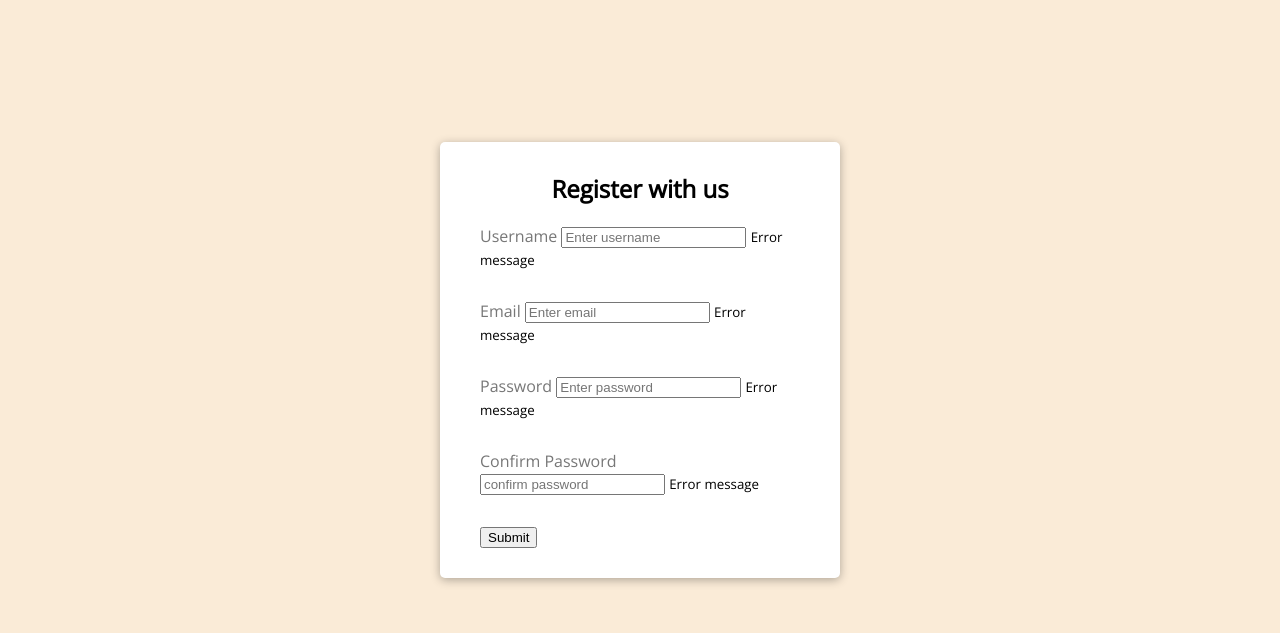
Repository: Azariagmt/Vanilla-javascript
Page: Form-Validator/index.html
The author's editor kept a copy of each file at every save. The page is drawn from the files as they stood at one save, then again after a run of saves.
The browser window is 1280 px wide. The pictures show the whole page.

Above is the page before, as saved 2020-04-20 09:41:18.

After the next 4 saves:
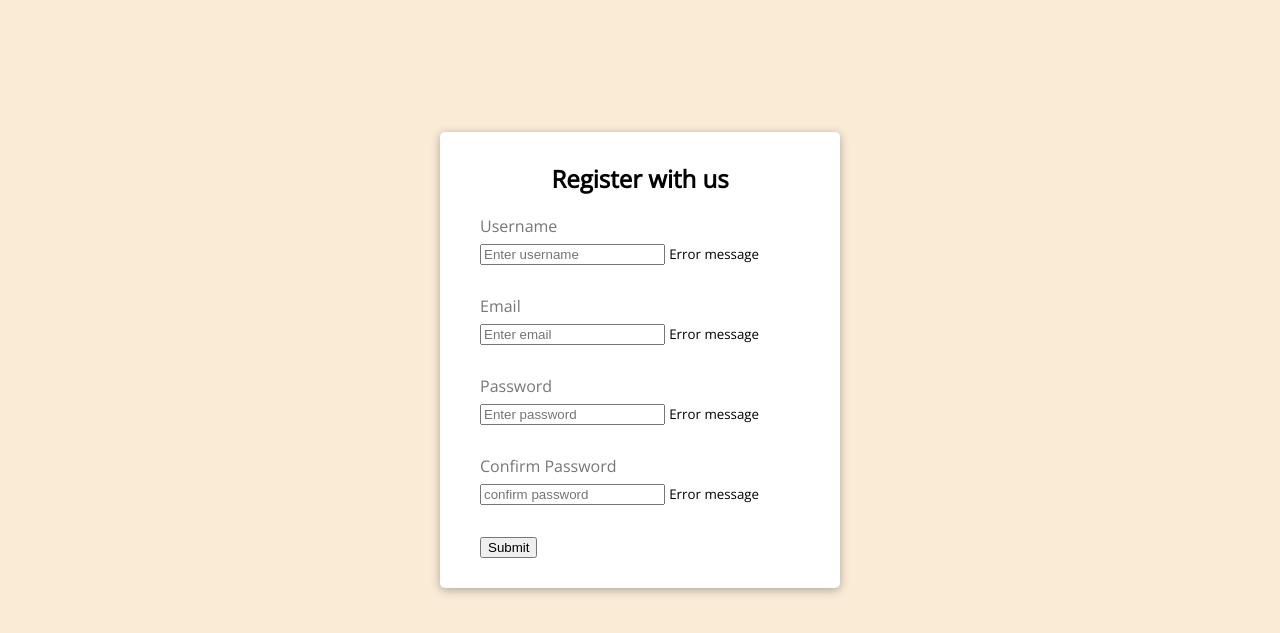
The 4 saves are shown as one change because they came seconds apart.
The last was saved 11 s later.
--- a/Form-Validator/style.css
+++ b/Form-Validator/style.css
@@ -38,5 +38,6 @@ h2{
 
 .form-control label{
     color:#777;
-
+    display: block;
+    margin-bottom: 5px;
 }
